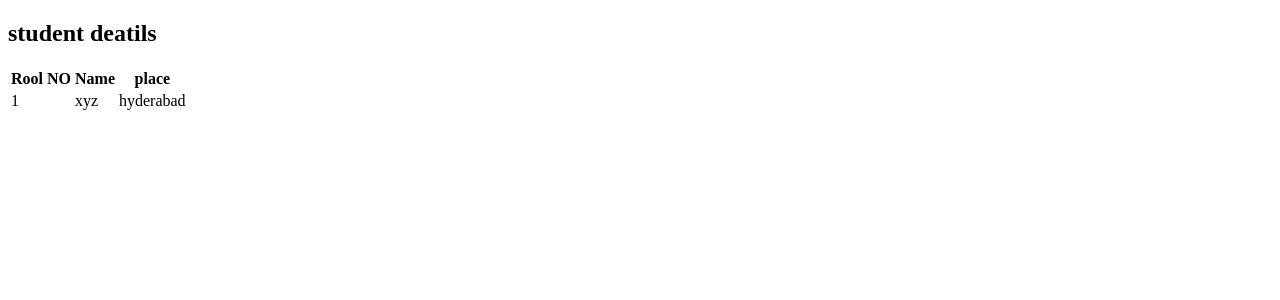
Repository: viveknaidu007/repo-113-HTML
Page: 3.html
An editor plug-in stored every save of this project. The page is shown before and after the next save, followed by the edit.
The browser window is 1280 px wide. The pictures show the whole page.

Above is the page before, as saved 2024-06-10 19:37:16.

After the next save:
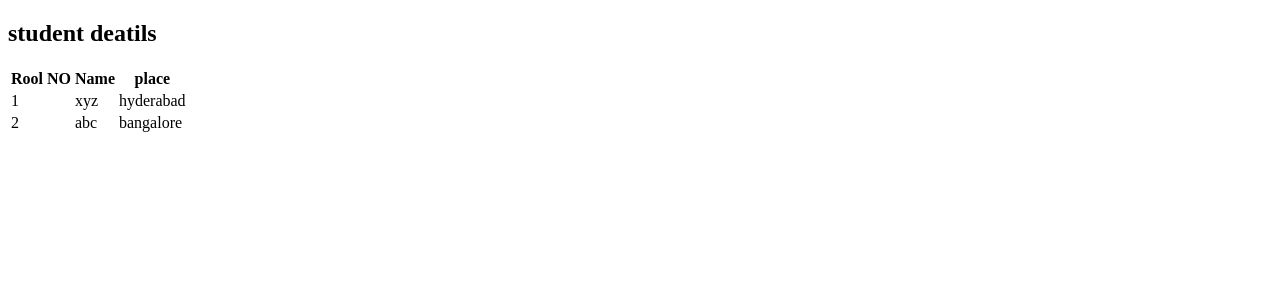
Saved 56 s later.
--- a/3.html
+++ b/3.html
@@ -20,6 +20,12 @@
                 <td>hyderabad</td>
             </tr>
 
+            <tr>
+                <td>2</td>
+                <td>abc</td>
+                <td>bangalore</td>
+            </tr>
+
         </table>
     </body>
 </html>
